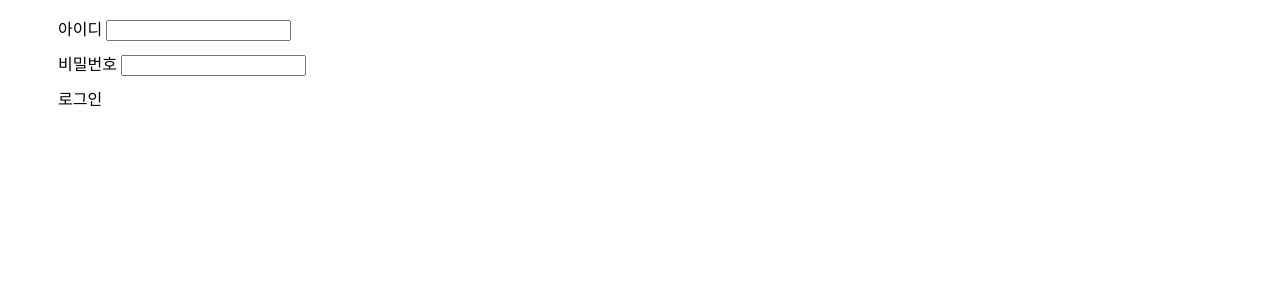
Repository: KyoungHwanJeong/jspworks
Page: http://localhost/jwbook/bean/loginForm_11_21.jsp
An editor plug-in stored every save of this project. The page is shown before and after the next save, followed by the edit.
The browser window is 1280 px wide. The pictures show the whole page.
The page is served by Tomcat 9.

Above is the page before, as saved 2023-11-21 03:12:40.

After the next save:
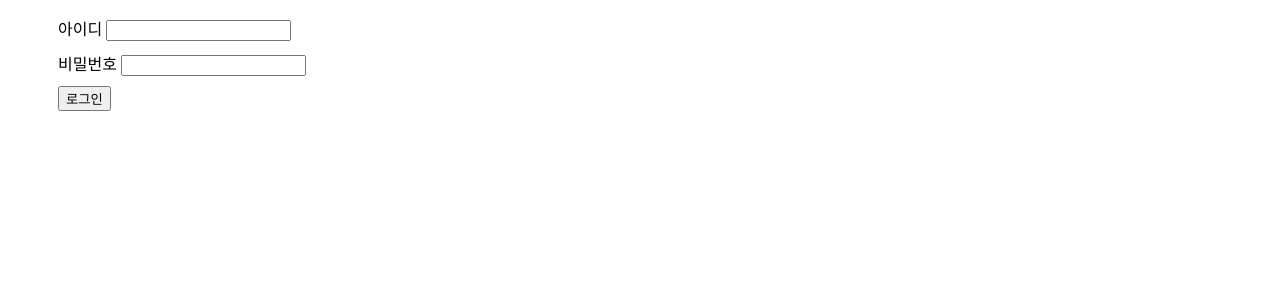
Saved 16 s later.
--- a/jwbook/src/main/webapp/bean/loginForm_11_21.jsp
+++ b/jwbook/src/main/webapp/bean/loginForm_11_21.jsp
@@ -21,7 +21,7 @@
 				<input type="text" id="passwd" name="passwd">
 			</li>
 			<li>
-				<label for="passwd">로그인 </label>
+				<button for="passwd">로그인 </label>
 			</li>
 		</ul>
 	</form>
